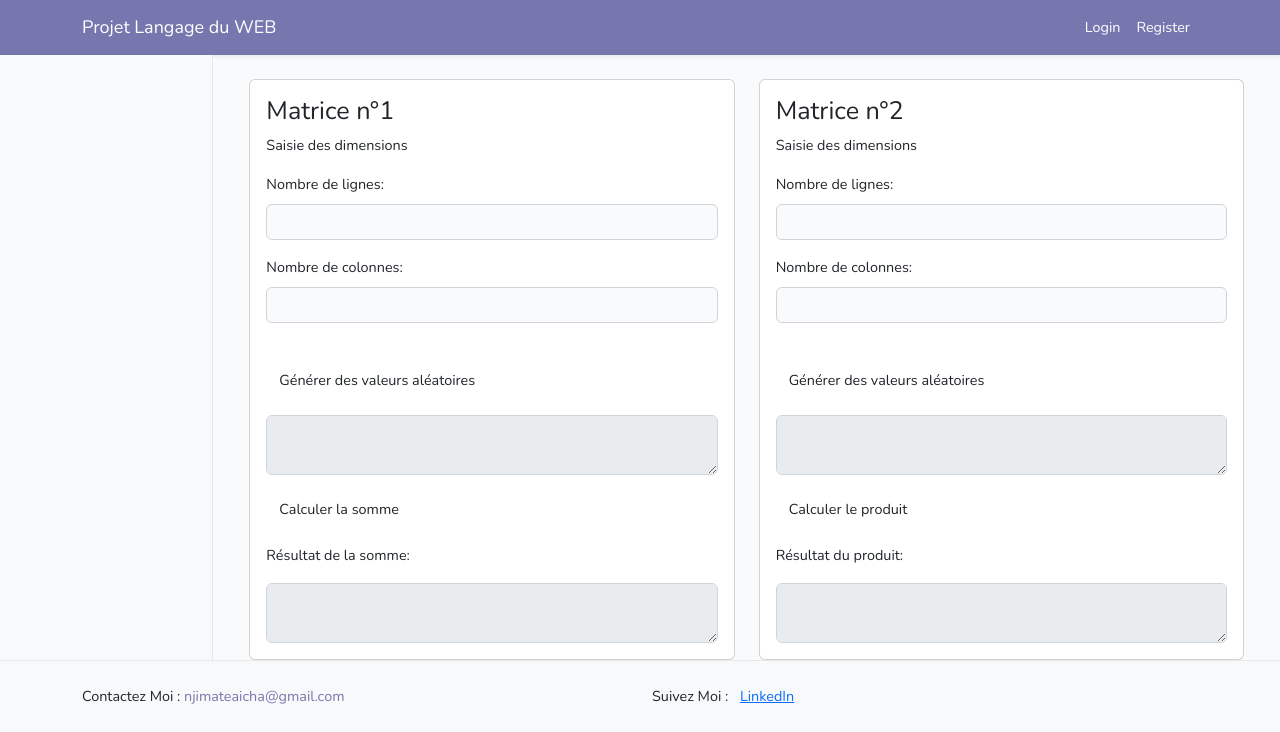
Repository: NjimateAicha/LaravelWeb
Page: http://localhost/matrice
The author's editor kept a copy of each file at every save. The page is drawn from the files as they stood at one save, then again after the next save.
The browser window is 1280 px wide. The pictures show the whole page.
Some web libraries are served in a nearby version. The page is served by the project's Laravel application, run on PHP 8.4 with Laravel 9. Style sheets and scripts are compiled from the project's sources, by tool versions that may differ from the author's.

Above is the page before, as saved 2024-05-19 17:25:14.

After the next save:
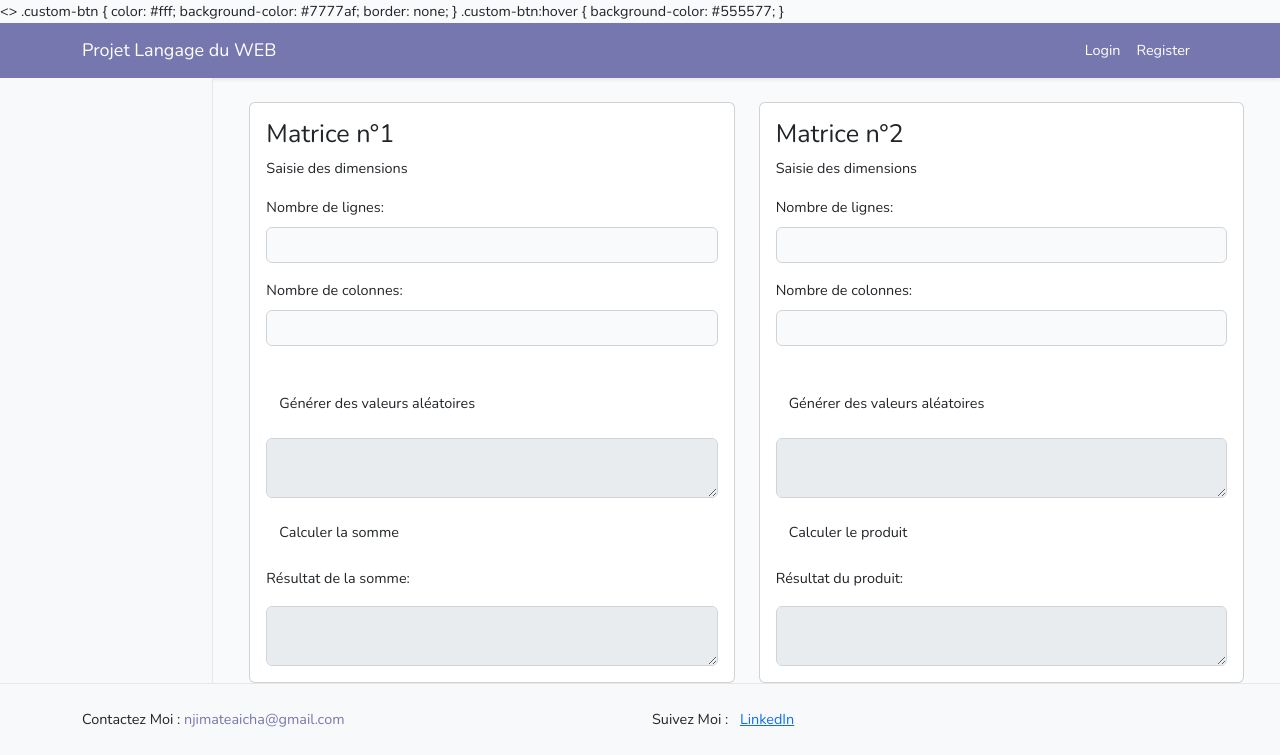
Saved 7 s later.
--- a/resources/views/matrice/index.blade.php
+++ b/resources/views/matrice/index.blade.php
@@ -138,7 +138,7 @@ function calculateSum(targetId) {
 
 
 
-<style>
+<>
     .custom-btn {
         color: #fff;
         background-color: #7777af;
@@ -148,5 +148,5 @@ function calculateSum(targetId) {
     .custom-btn:hover {
         background-color: #555577;
     }
+
 </style>
-</style>
